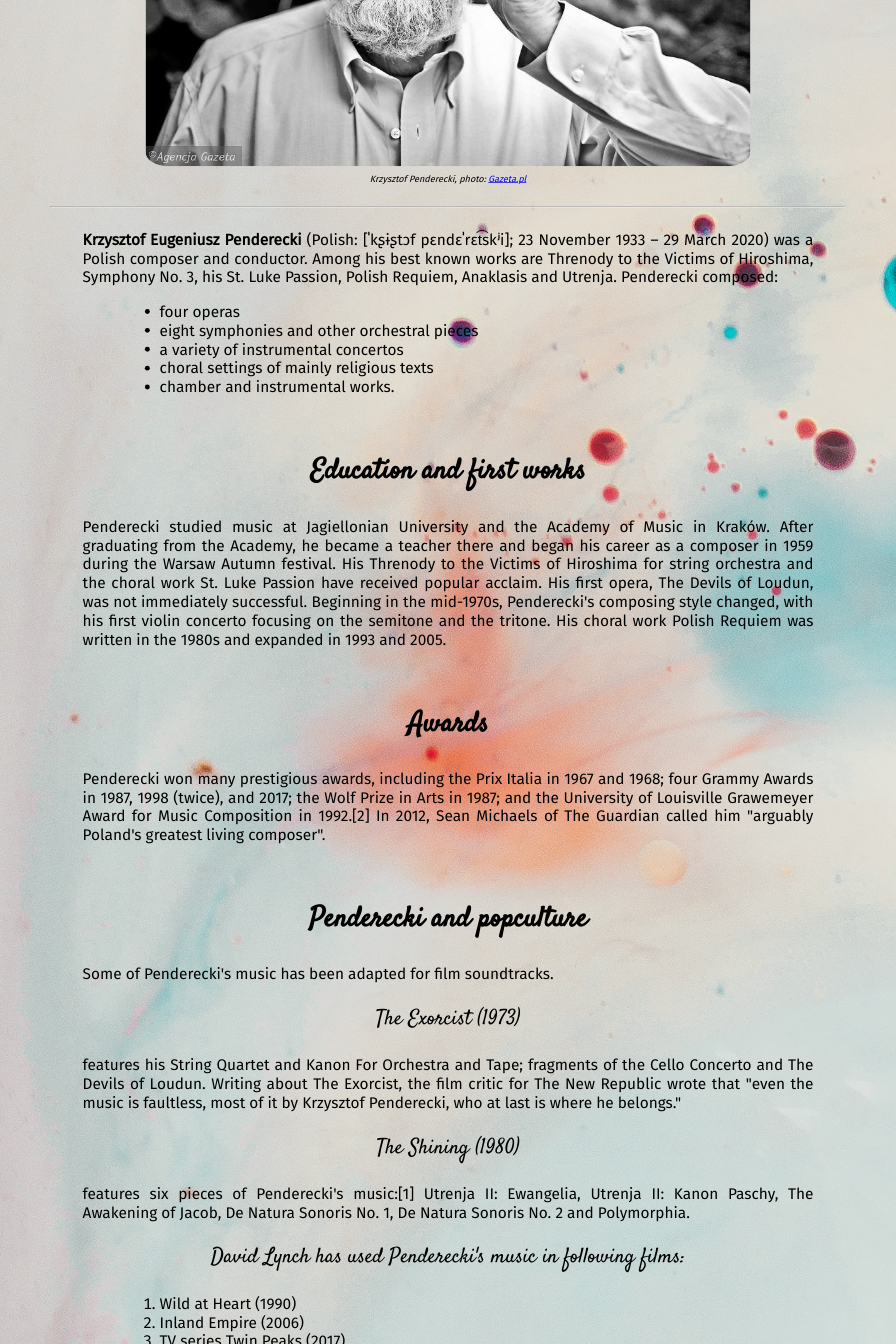
Repository: justynke/tribute_page
Page: index.html
These files come from the project's save history. The page is drawn as it stood at one moment and after the next save; the edit follows.
The browser window is 1280 px wide. The pictures show the part of the page from y = 548 to 2468 px (the page is 3529 px tall before and 3550 px after), at 70% of full size.

Above is the page before, as saved 2020-04-23 23:11:50.

### index.html
<!DOCTYPE html>
<html lang = "pl-PL">
<head>
    <link href="https://fonts.googleapis.com/css2?family=Satisfy&display=swap" rel="stylesheet">
    <link href="https://fonts.googleapis.com/css2?family=Fira+Sans&display=swap" rel="stylesheet">

    <link rel="stylesheet" type="text/css" href="styles.css">
    <title>Krzysztof Penderecki Tribute Page</title>
</head>
<body id = "main">
    <div id = "nav">
        <div id = "edu""><div>Education</div></div>
        <div id = "pop">Popculture</div>
        <div id = "priv"><a href = "#private">Private life</a></div>
    </div>
    <h1 id = "title">Welcome to Krzysztof Penderecki Tribute Page</h1>

        <div id = "img-div">
            <img id = "image" src = "images/penderecki_01.jpg" alt = "Krzysztof Penderecki">


    </div>
    <p id = "img-caption">Krzysztof Penderecki, photo: <a href = "http://gazeta.pl">Gazeta.pl</a></p>


    <hr>
<div id = "tribute-info">
    <p>
        <b>Krzysztof Eugeniusz Penderecki</b> (Polish: [ˈkʂɨʂtɔf pɛndɛˈrɛt͡skʲi]; 23 November 1933 – 29 March 2020) was a Polish composer and conductor. Among his best known works are Threnody to the Victims of Hiroshima, Symphony No. 3, his St. Luke Passion, Polish Requiem, Anaklasis and Utrenja. Penderecki composed:
        <ul>
            <li>four operas</li>
            <li>eight symphonies and other orchestral pieces</li>
            <li>a variety of instrumental concertos</li>
            <li>choral settings of mainly religious texts</li>
            <li>chamber and instrumental works.</li>
        </ul>
    </p>

    <h2>Education and first works</h2>
    <p>Penderecki studied music at Jagiellonian University and the Academy of Music in Kraków. After graduating from the Academy, he became a teacher there and began his career as a composer in 1959 during the Warsaw Autumn festival. His Threnody to the Victims of Hiroshima for string orchestra and the choral work St. Luke Passion have received popular acclaim. His first opera, The Devils of Loudun, was not immediately successful. Beginning in the mid-1970s, Penderecki's composing style changed, with his first violin concerto focusing on the semitone and the tritone. His choral work Polish Requiem was written in the 1980s and expanded in 1993 and 2005.</p>

    <h2>Awards</h2>
    <p>Penderecki won many prestigious awards, including the Prix Italia in 1967 and 1968; four Grammy Awards in 1987, 1998 (twice), and 2017; the Wolf Prize in Arts in 1987; and the University of Louisville Grawemeyer Award for Music Composition in 1992.[2] In 2012, Sean Michaels of The Guardian called him "arguably Poland's greatest living composer".</p>

<h2>Penderecki and popculture</h2>
<p>Some of Penderecki's music has been adapted for film soundtracks.</p>
    <h3>The Exorcist (1973)</h3>
    <p>features his String Quartet and Kanon For Orchestra and Tape; fragments of the Cello Concerto and The Devils of Loudun. Writing about The Exorcist, the film critic for The New Republic wrote that "even the music is faultless, most of it by Krzysztof Penderecki, who at last is where he belongs."</p>
    <h3>The Shining (1980)</h3>
    <p> features six pieces of Penderecki's music:[1] Utrenja II: Ewangelia, Utrenja II: Kanon Paschy, The Awakening of Jacob, De Natura Sonoris No. 1, De Natura Sonoris No. 2 and Polymorphia.</p>
    <h3>David Lynch has used Penderecki's music in following films:</h3>
    <ol>
        <li>Wild at Heart (1990)</li>
        <li>Inland Empire (2006)</li>
        <li>TV series Twin Peaks (2017)</li>
    </ol>
    <h3>Fearless (1993) by Peter Weir</h3>
    <p>Rhe piece Polymorphia was once again used here for an intense plane crash scene, seen from the point of view of the passenger played by Jeff Bridges. </p>

    <h3>Children of Men (2006)</h3>
     <p>Threnody for the Victims of Hiroshima was also used during one of the final sequences in the film. Penderecki composed music for Andrzej Wajda's 2007 Academy Award nominated film Katyń, while Martin Scorsese's Shutter Island (2010) featured his Symphony No. 3 and Fluorescences.

        <h3>Popular music</h3>
    <p>Some of Penderecki's oeuvre inspired Jonny Greenwood of Radiohead to release an album, which thereafter appeared in his score for There Will Be Blood, a 2007 Paul Thomas Anderson film.</p>

    <h2 id = "private">Private life</h2>
    <p>Penderecki had three children, first a daughter Beata with pianist Barbara Penderecka (née Graca; married 1954, then divorced). He then had a son Łukasz (b. 1966) and daughter Dominika (b. 1971) with his second wife, Elżbieta Penderecka (née Solecka), whom he married on 19 December 1965. He lived in the Kraków suburb of Wola Justowska.</p>

    <h2>More information</h2>
        <p>You can easily gain more information about Krzysztof Penderecki on the Internet. The first source you can use is of course <a href = "https://en.wikipedia.org/wiki/Krzysztof_Penderecki" target="_blank" id = "tribute-link">Wikipedia.</a> Feel free to read a little bit more about him and maybe to enjoy his contemporary music?</p>
    </div>
    <script src="https://cdn.freecodecamp.org/testable-projects-fcc/v1/bundle.js"></script>

</body>
</html>

### styles.css
body {
    background-image: url(images/background.jpg);
}

h1 {
    text-align: center;
    font-family: Satisfy;
    font-size: 52px;
    margin-bottom: 0.8em;
}

h2 {
    font-family: Satisfy;
    font-size: 40px;
    margin-top: 2em;
    text-align: center;
}

h3 {
    font-family: Satisfy;
    font-size: 30px;
    text-align: center;
    font-weight: 250;
}



#img-div {
    height: 45vw;
    width: 80vw;
    margin: auto;
}


#image {
    filter: gray; /* IE6-9 */
    -webkit-filter: grayscale(1); /* Google Chrome, Safari 6+ & Opera 15+ */
    filter: grayscale(1);
    border-style: solid;
    border-color: transparent;
    border-radius: 4%;
    margin: auto;
    max-width: 100%;
    max-height: 100%;
    height: auto;
    display: block;
}


#image:hover {
    filter: grayscale(0);
}

#img-caption {
    font-family: 'Fira Sans', sans-serif;;
    text-align: center;
    font-style: italic;
    font-size: small;
    font-weight: 100;
}


hr {
    margin-top: 2em;
    margin-bottom: 2em;
    margin-left: 4em;
    margin-right: 4em;
}

p {
    padding-left: 5em;
    padding-right: 5em;
    font-family: 'Fira Sans', sans-serif;
    font-size: 22px;
    text-align: justify;
}

ul {
    padding-left: 10em;
    font-family: 'Fira Sans', sans-serif;
    font-size: 22px;
}

ol {
    padding-left: 10em;
    font-family: 'Fira Sans', sans-serif;
    font-size: 22px;
}

#nav {
    display: flex;
    justify-content: space-evenly;
    width: 90%;
    height: 3em;
}

#edu {
    display: flex;
    background-color: #c7928b;
    flex-grow: 1;
    text-align: center;
    align-items: center;
    justify-items: center;
}

#pop {
    flex-grow: 1;
    text-align: center;
}

#priv {
    flex-grow: 1;
    text-align: center;
}

After the next save:
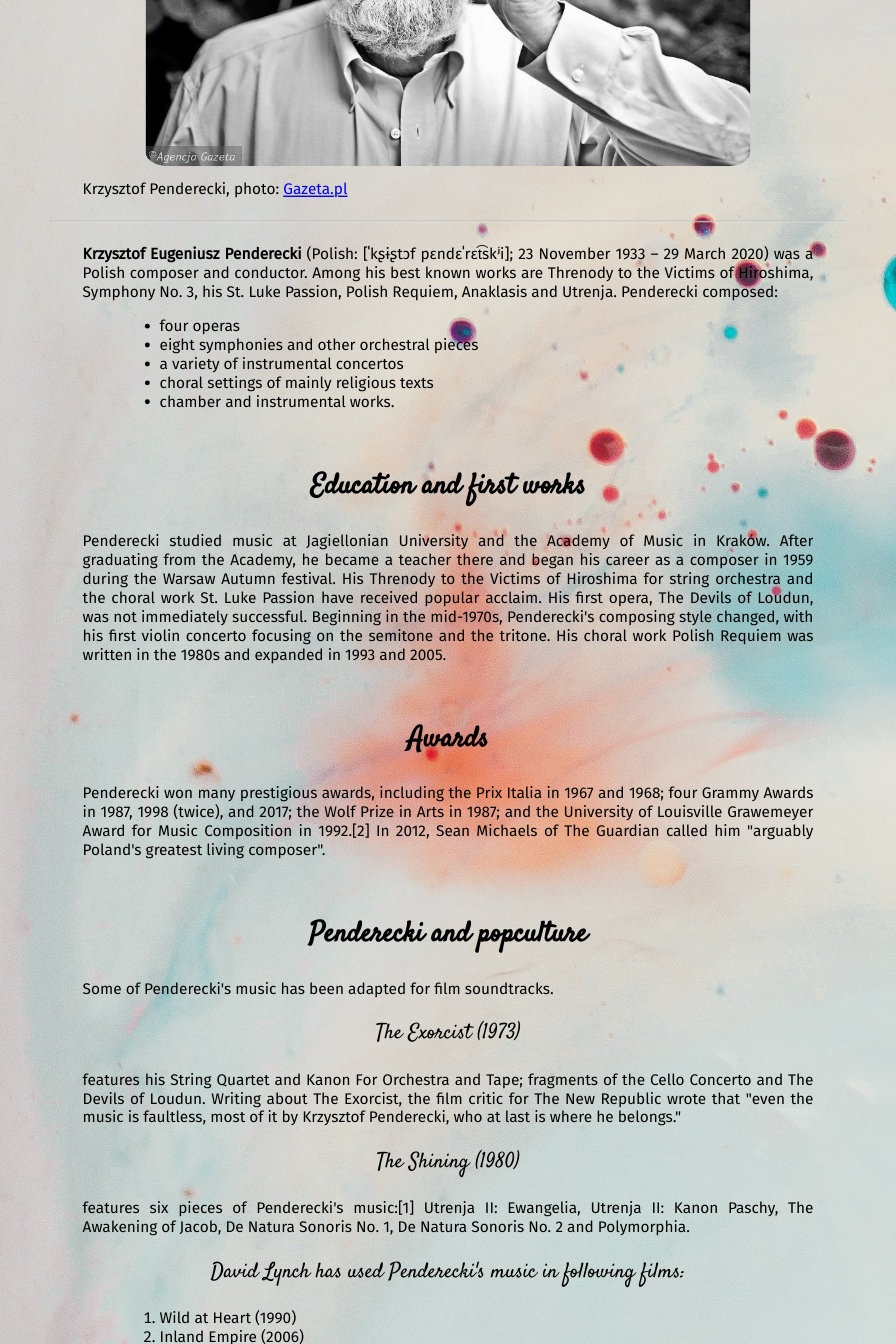
Saved 2 min 25 s later.
--- a/index.html
+++ b/index.html
@@ -20,7 +20,7 @@
 
 
     </div>
-    <p id = "img-caption">Krzysztof Penderecki, photo: <a href = "http://gazeta.pl">Gazeta.pl</a></p>
+    <p id = "img-">Krzysztof Penderecki, photo: <a href = "http://gazeta.pl">Gazeta.pl</a></p>
 
 
     <hr>

After the save that followed:
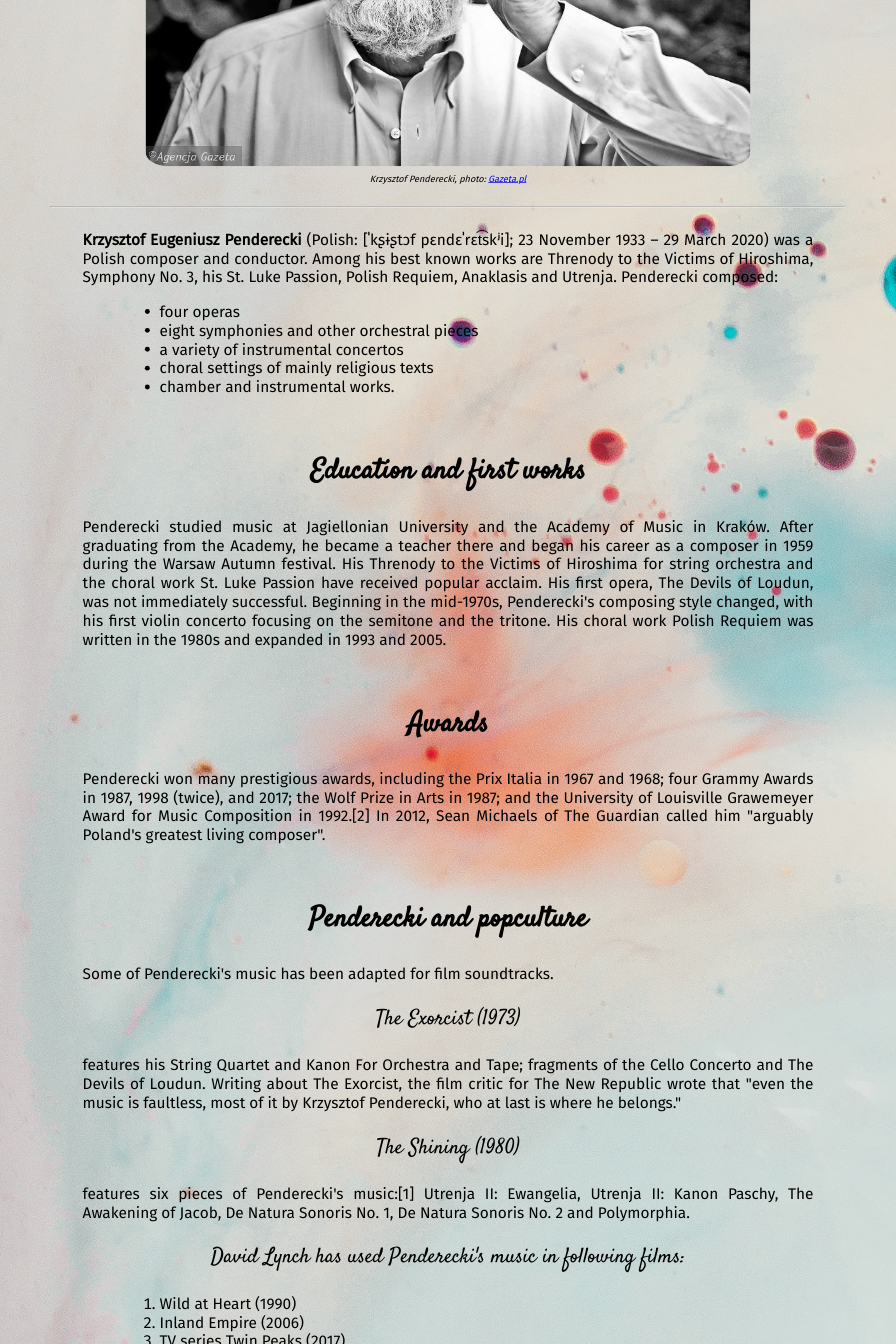
Saved 16 s later.
--- a/index.html
+++ b/index.html
@@ -20,7 +20,7 @@
 
 
     </div>
-    <p id = "img-">Krzysztof Penderecki, photo: <a href = "http://gazeta.pl">Gazeta.pl</a></p>
+    <p id = "img-caption">Krzysztof Penderecki, photo: <a href = "http://gazeta.pl">Gazeta.pl</a></p>
 
 
     <hr>
